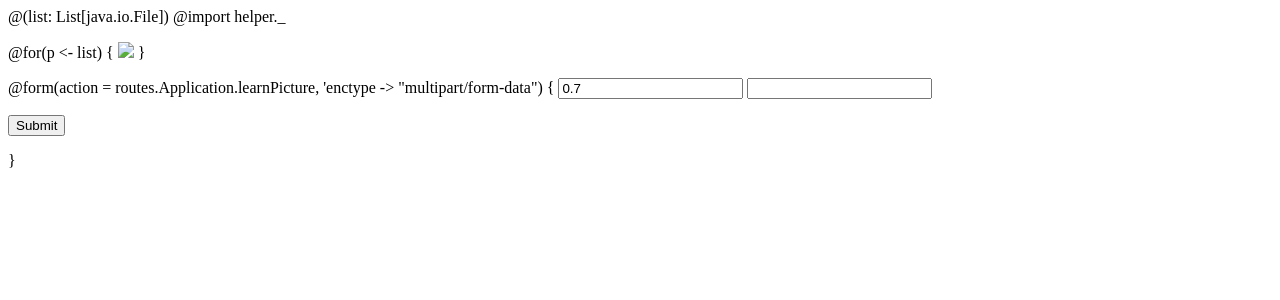
Repository: ackdom/opencv-surf
Page: surfbackend/.target/views/list.scala.html
These files come from the project's save history. The page is drawn as it stood at one moment and after the next save; the edit follows.
The browser window is 1280 px wide. The pictures show the whole page.

Above is the page before, as saved 2013-12-08 12:42:18.
Not found: surfbackend/.target/views/public/images/@p.getName()

### surfbackend/.target/views/list.scala.html
@(list: List[java.io.File])
@import helper._

<p>
@for(p <- list) {
  <img src="public/images/@p.getName()" />
}
</p>

@form(action = routes.Application.learnPicture, 'enctype -> "multipart/form-data") {

    <input type="text" name="treshold" value="0.7">
    <input type="text" name="image" value="">
    <p>
        <input type="submit">
    </p>

}

After the next save:
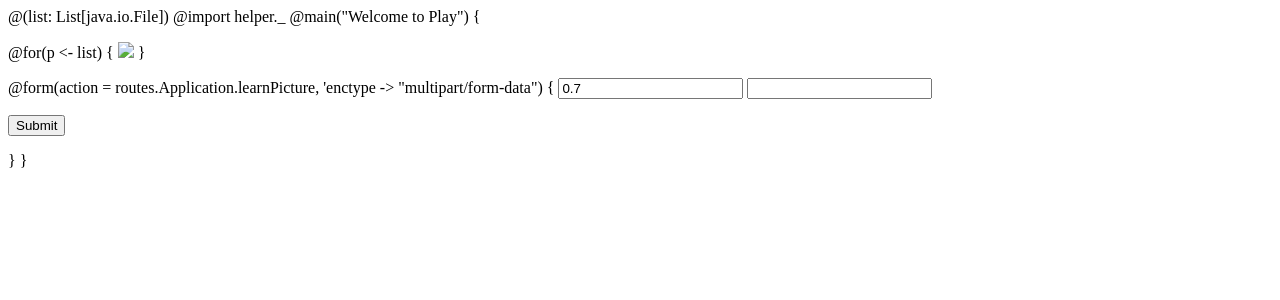
Saved 30 s later.
--- a/surfbackend/.target/views/list.scala.html
+++ b/surfbackend/.target/views/list.scala.html
@@ -1,5 +1,8 @@
 @(list: List[java.io.File])
 @import helper._
+
+
+@main("Welcome to Play") {
 
 <p>
 @for(p <- list) {
@@ -16,3 +19,4 @@
     </p>
 
 }
+}
